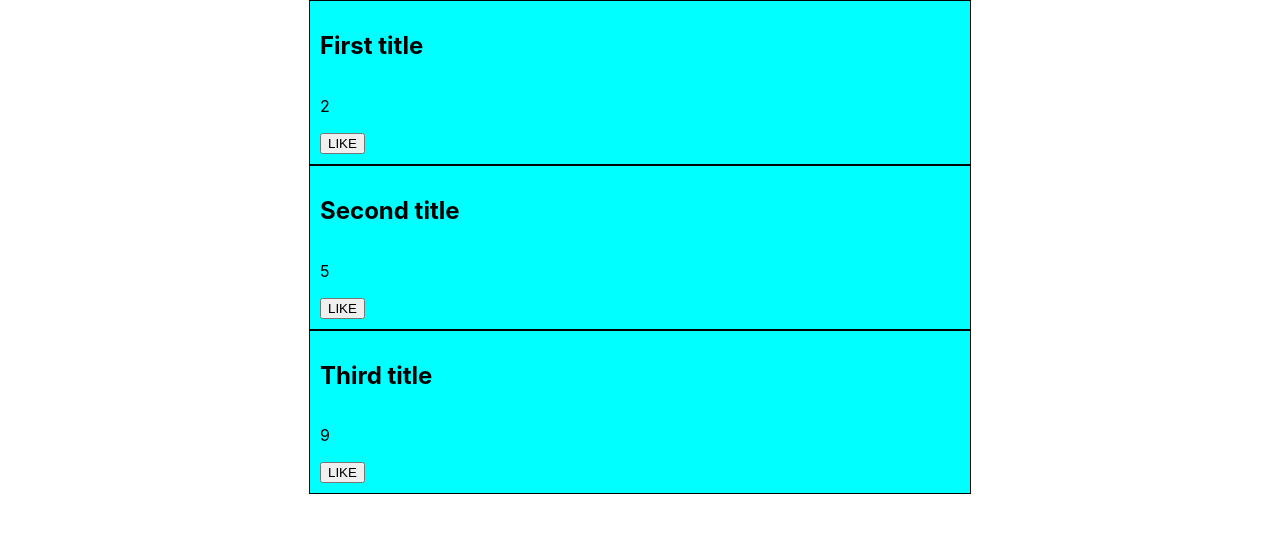
Repository: asapvtec98/egzamin
Page: /
An editor plug-in stored every save of this project. The page is shown before and after the next save, followed by the edit.
The browser window is 1280 px wide. The pictures show the whole page.
The project was rebuilt for these pictures with package versions that can differ from the ones it lists, and the page was loaded fresh each time.

Above is the page before, as saved 2023-11-14 12:26:57.

### src/App.js
import React from "react";
import Komentarz from "./components/Comment";
function App() {
  const comments = [
    {
      title: "First title",
      likes: 2
    },
    {
      title: "Second title",
      likes: 5
    },
    {
      title: "Third title",
      likes: 9
    }
  ]

  const displayComments = comments.map((comment) =>
      <div className="Comment">
        <Komentarz title={comment.title} likes={comment.likes}></Komentarz>
      </div>
  )

  return (
      <div className="center">
        {displayComments}
      </div>
  )
}

export default App;

### src/components/Comment.js
import React, { useState } from "react";
import "./Comment.css";

function Komentarz(props) {
    const [likes, setLike] = useState(false);
    const [count, setCount] = useState(parseInt(props.likes));
    const [show, setShow] = useState(true);

    const handleLikes = () => {
        if(!likes) {
            setLike(true);
            setCount(count + 1);
        } else {
            setLike(false);
            setCount(count - 1);
        }


    };

    return(
        <div className="comment">
            <h2>{props.title}</h2>
            <div>
                <div className="inline">
                    <p>{count}</p>
                </div>
                <div></div>
                <div className="inline">
                    <button type="button" onClick={() => {
                        setShow(!show)
                        handleLikes();
                    }}>{show === true ? 'LIKE' : 'DISLIKE'}</button>
                </div>
            </div>
        </div>
    )

}
export default Komentarz;

### src/components/Comment.css
.comment {
    border: 1px solid black;
    background-color:aqua;
    margin: auto;
    width: 50%;
    padding: 10px;

}


.inline {
    display: inline-block;
}

Loaded but not shown: public/index.html (common file); src/index.js (common file); src/index.css (common file); src/reportWebVitals.js (common file)

After the next save:
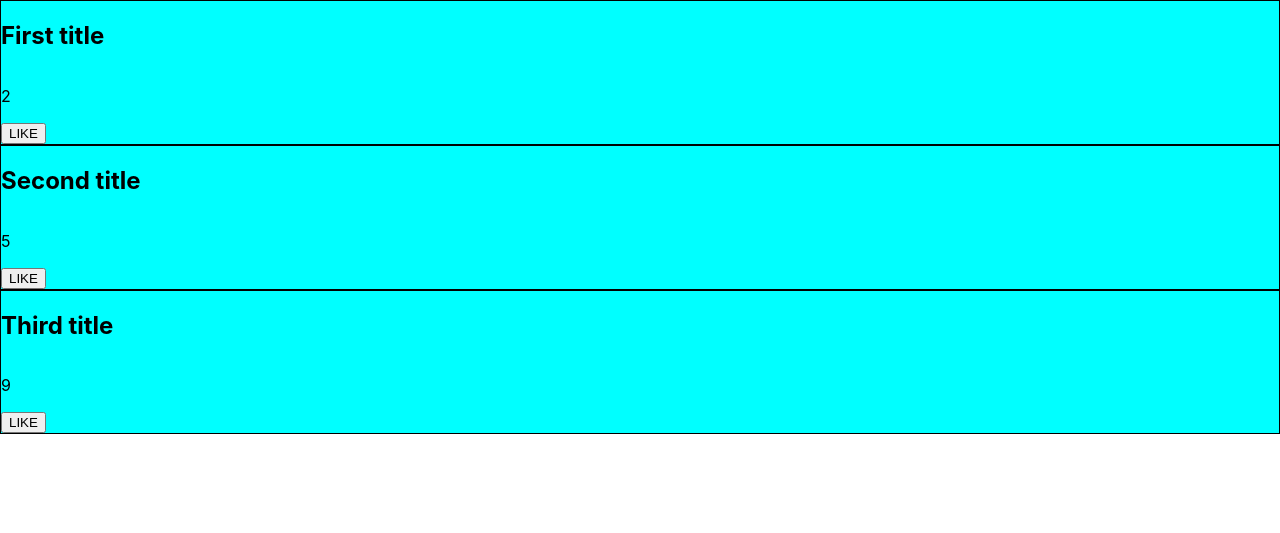
Saved 36 s later.
--- a/src/components/Comment.css
+++ b/src/components/Comment.css
@@ -1,10 +1,6 @@
 .comment {
     border: 1px solid black;
     background-color:aqua;
-    margin: auto;
-    width: 50%;
-    padding: 10px;
-
 }
 
 
